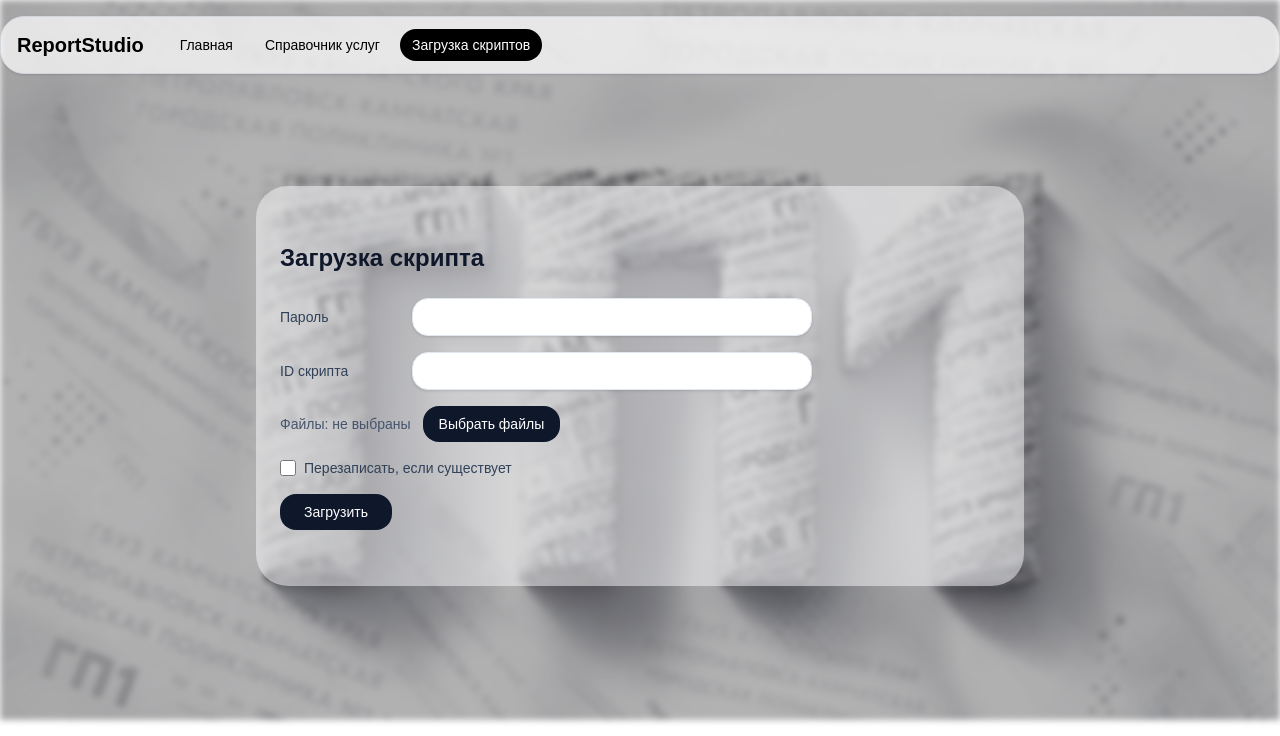
Repository: vladzap2423/report_studio_v2
Page: /load
An editor plug-in stored every save of this project. The page is shown before and after the next save, followed by the edit.
The browser window is 1280 px wide. The pictures show the whole page.
The project was rebuilt for these pictures with package versions that can differ from the ones it lists, and the page was loaded fresh each time. The framework's server and built-in components were replaced by stand-ins that run in the browser. Also part of the build but not shown: next.config.ts.

Above is the page before, as saved 2026-03-17 15:25:38.

After the next save:
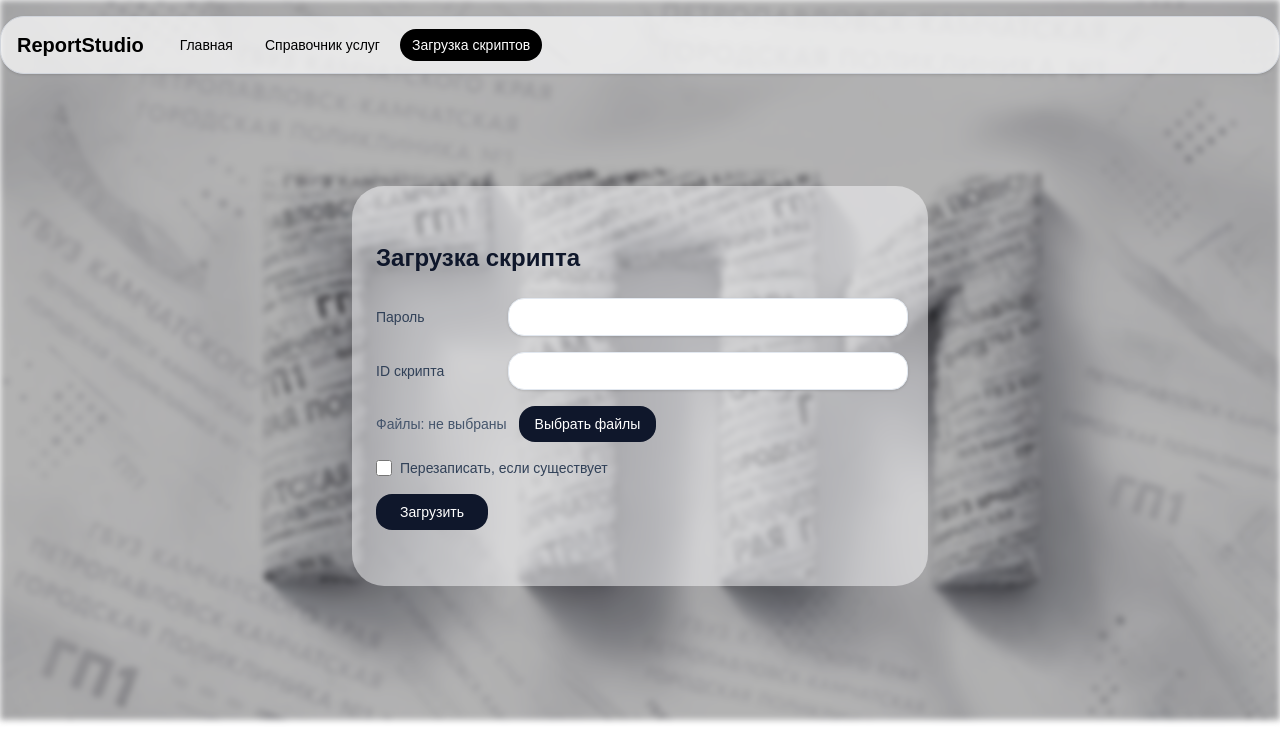
Saved 40 s later.
--- a/src/app/load/page.tsx
+++ b/src/app/load/page.tsx
@@ -53,7 +53,7 @@ export default function LoadPage() {
   }, [files, id, password, overwrite]);
 
   return (
-      <div className="mx-auto max-w-3xl px-6 py-14 bg-gray-50/50 rounded-4xl mt-28">
+      <div className="mx-auto max-w-xl px-6 py-14 bg-gray-50/50 rounded-4xl mt-28">
         <h1 className="text-2xl font-semibold text-slate-900 mb-6">Загрузка скрипта</h1>
 
         <div className="grid gap-3 sm:grid-cols-[120px_1fr] sm:items-center mb-4">
